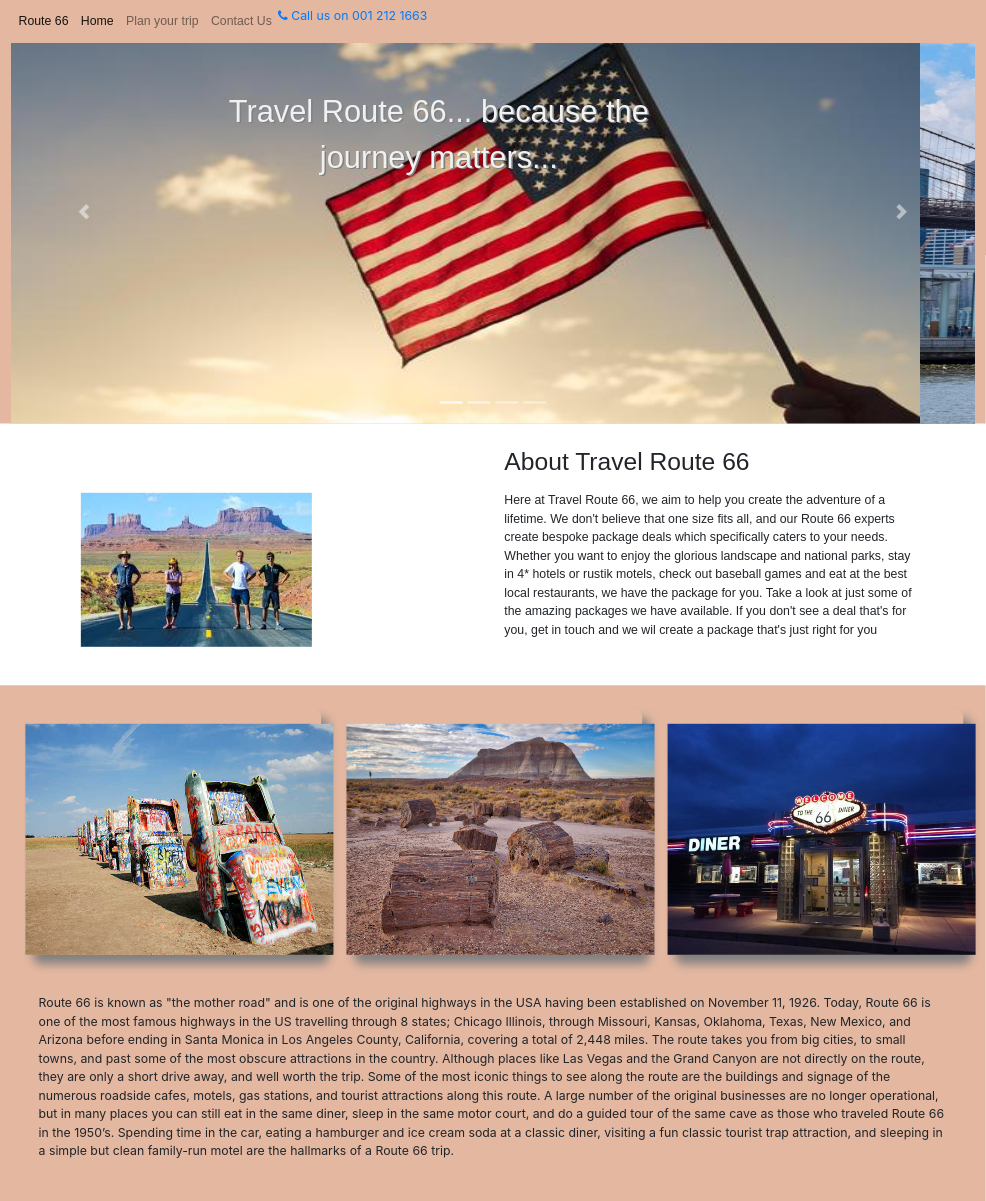
Repository: Code-Institute-Submissions/Javascript-milestone-project-2
Page: index.html
The author's editor kept a record of every edit. The page is drawn from the files as they stood at one moment, then again after the next edit.
The browser window is 1280 px wide. The pictures show the whole page, at 77% of full size.
Some web fonts or font styles are not loaded; a fallback is used. Some web libraries are served in a nearby version.

Above is the page before.

After the next edit:
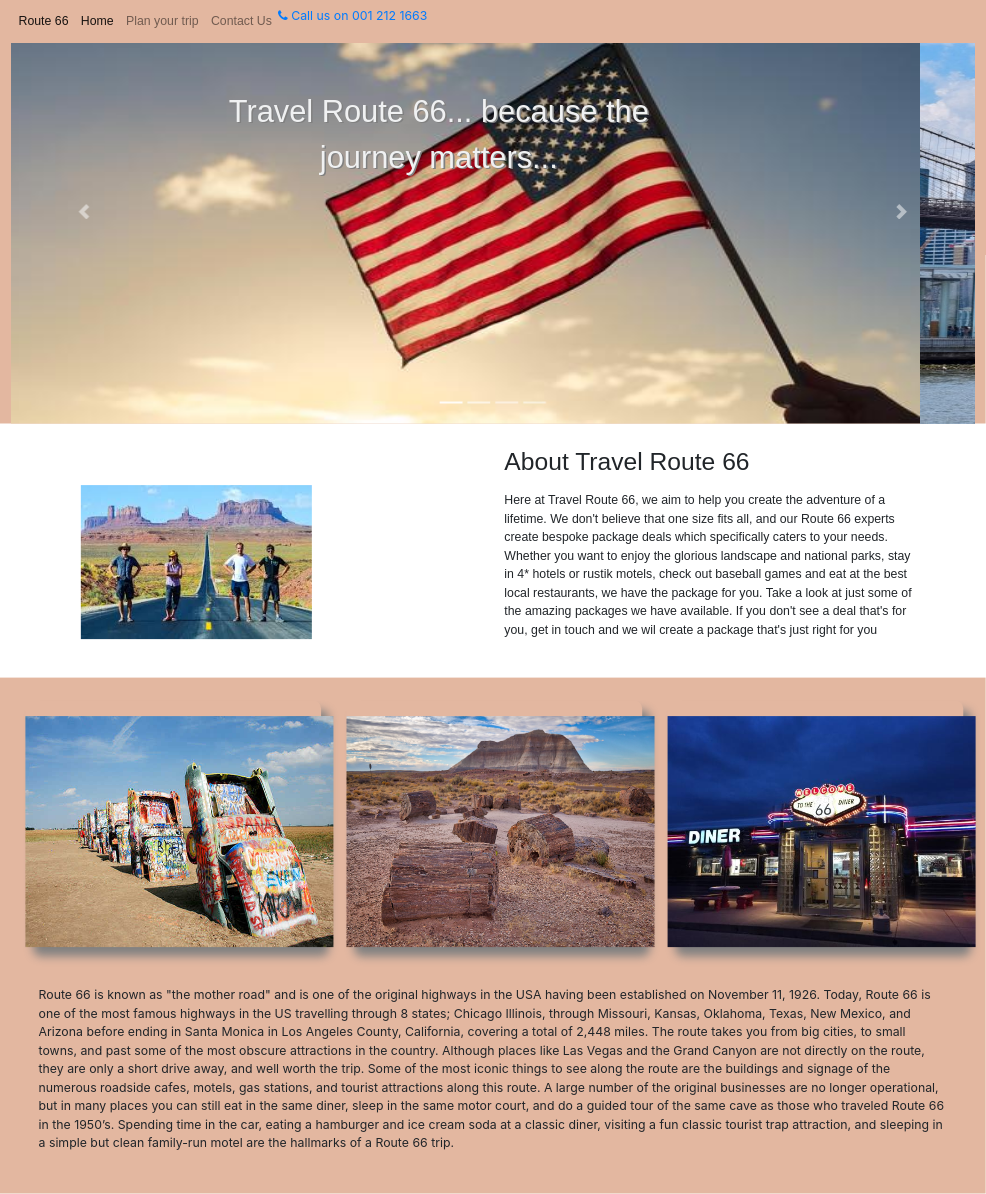
The edit:
--- a/css/style.css
+++ b/css/style.css
@@ -128,7 +128,7 @@
 
 
 .people {
-    margin-top: 90px;
+    margin-top: 80px;
     margin-left: 20px;
     width: 300px;
     height: 200px;
